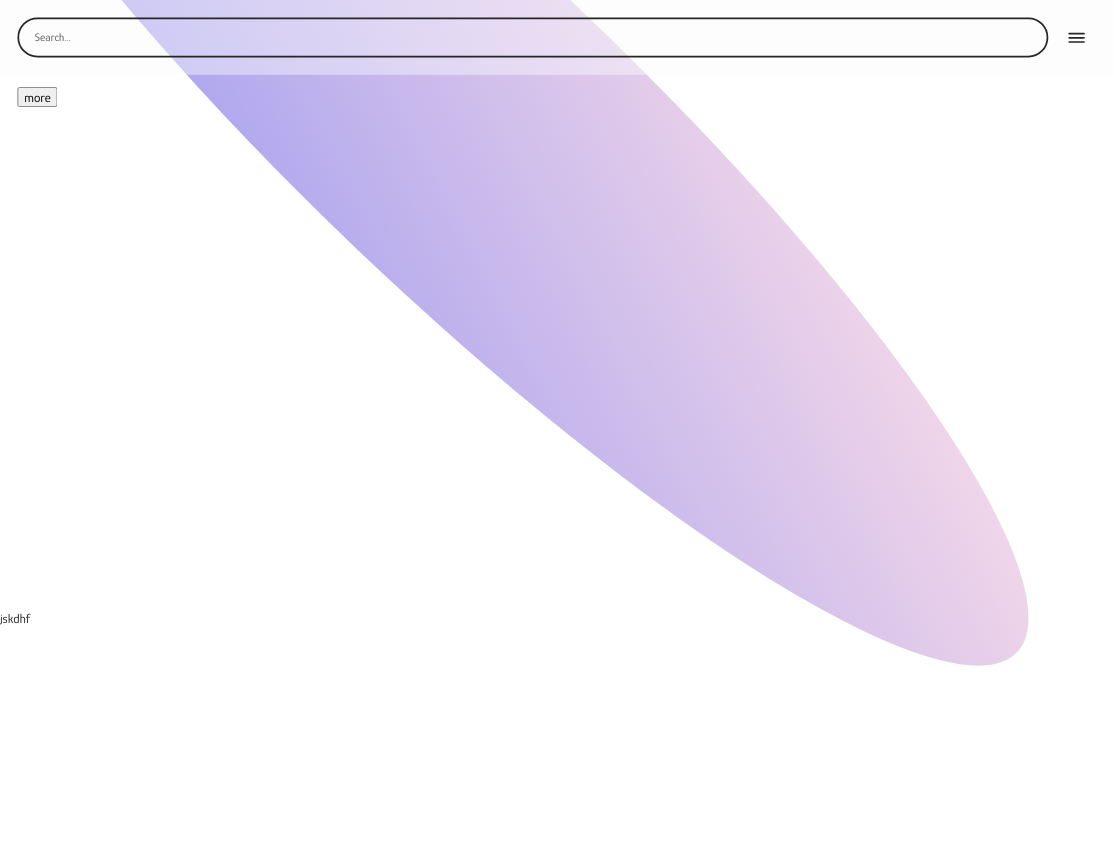
Repository: Axeliriya/my-test
Page: /
An editor plug-in stored every save of this project. The page is shown before and after the next save, followed by the edit.
The browser window is 1280 px wide. The pictures show the whole page, at 87% of full size.
The page's requests for data from a server got no answer. The project was rebuilt for these pictures with package versions that can differ from the ones it lists, and the page was loaded fresh each time. No one was signed in, and anything a server would have sent is missing. Also part of the build but not shown: src/components/ProductList/ProductList.tsx, src/components/ProductItem/ProductItem.tsx.

Above is the page before, as saved 2022-04-05 15:49:12.

After the next save:
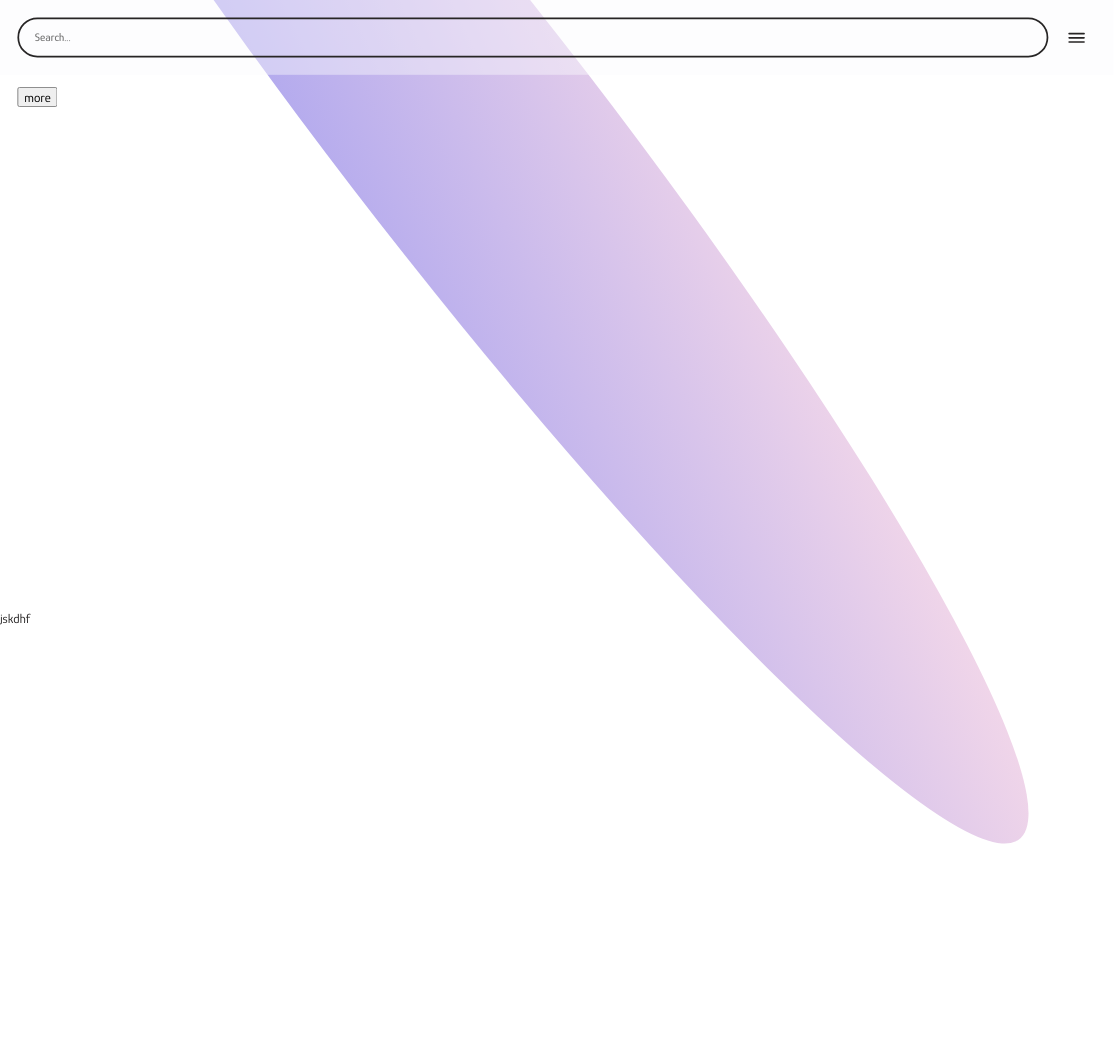
Saved 15 s later.
--- a/src/components/Main/Main.module.scss
+++ b/src/components/Main/Main.module.scss
@@ -13,7 +13,7 @@
   width: 100%;
   height: 300px;
   background: $main-gradient;
-  transform: skew(10deg, 40deg) scale(1, 2);
+  transform: skew(10deg, 50deg) scale(1, 2);
   border-radius: 50%;
   overflow: hidden;
 }
